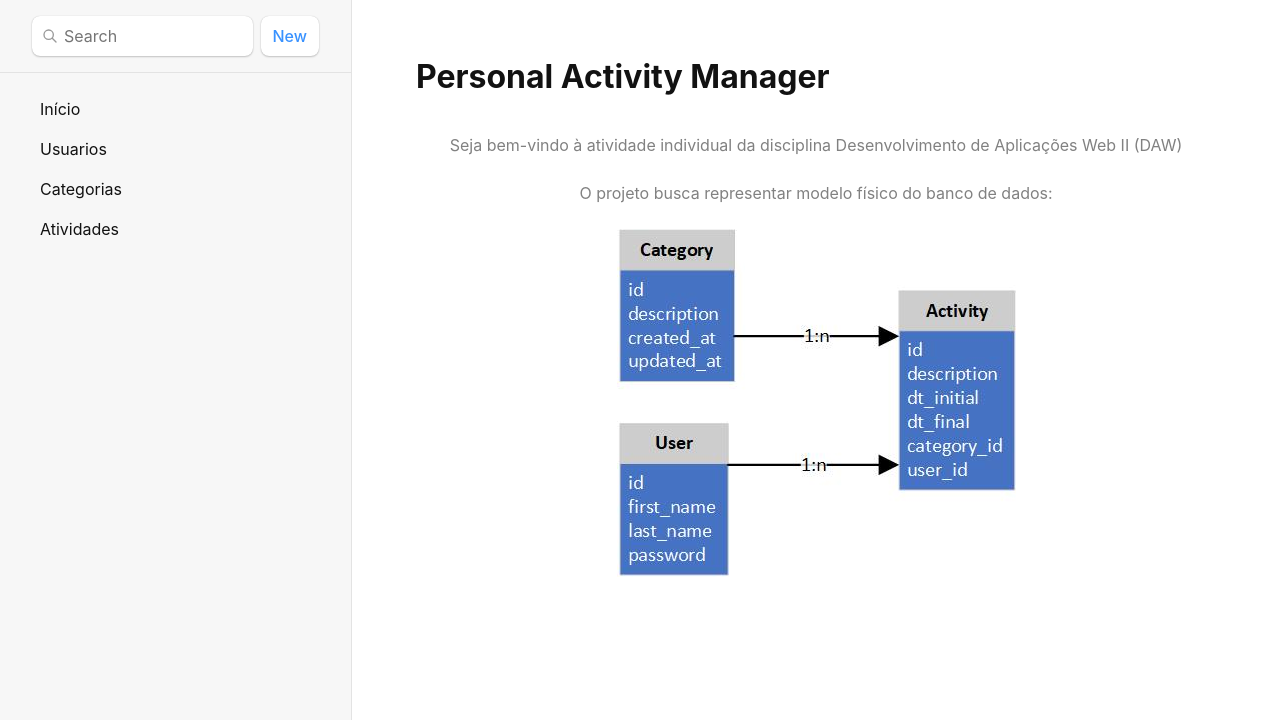
Repository: darccelio/react-pma
Page: /
These files come from the project's save history. The page is drawn as it stood at one moment and after the next save; the edit follows.
The browser window is 1280 px wide. The pictures show the whole page.
The project was rebuilt for these pictures with package versions that can differ from the ones it lists, and the page was loaded fresh each time. Also part of the build but not shown: vite.config.js, src/route/error-page.jsx, src/route/activity.jsx, src/services/user-service.js, src/route/user.jsx, src/services/category-service.js, src/route/category.jsx.

Above is the page before, as saved 2024-07-10 20:35:58.

### index.html
<!doctype html>
<html lang="pt-br">
  <head>
    <meta charset="UTF-8" />

    <meta name="viewport" content="width=device-width, initial-scale=1.0" />
    <title>Personal Activity Manager</title>
  </head>
  <body>
    <div id="root"></div>
    <script type="module" src="/src/main.jsx"></script>
  </body>
</html>

### src/main.jsx
import React, { Children } from 'react'
import ReactDOM from 'react-dom/client'

import './index.css'

import { createBrowserRouter, RouterProvider } from 'react-router-dom'
import Root from './route/root'
import ErrorPage from './route/error-page'
// import Contact from './route/contact'
import Index from './route/index'

import ActivityPage from './route/activity'
import User from './route/user'
import Category from './route/category'
import './index.css'

const router = createBrowserRouter([
  {
    path: '/',
    element: <Root />,
    errorElement: <ErrorPage />,
    children: [
      { index: true, element: <Index /> },
      // {
      //   path: 'contacts/:contactId',
      //   element: <Contact />,
      // },
      {
        path: '/activity',
        element: <ActivityPage />,
      },
      {
        path: '/user',
        element: <User />,
      },
      {
        path: '/category',
        element: <Category />,
      },
    ],
  },
])

ReactDOM.createRoot(document.getElementById('root')).render(
  <React.StrictMode>
    <RouterProvider router={router} />
  </React.StrictMode>
)

### src/index.css
html {
  box-sizing: border-box;
}
*,
*:before,
*:after {
  box-sizing: inherit;
}

body {
  font-family: -apple-system, BlinkMacSystemFont, "Segoe UI", "Roboto", "Oxygen",
    "Ubuntu", "Cantarell", "Fira Sans", "Droid Sans", "Helvetica Neue",
    sans-serif;
  -webkit-font-smoothing: antialiased;
  -moz-osx-font-smoothing: grayscale;
}

code {
  font-family: source-code-pro, Menlo, Monaco, Consolas, "Courier New",
    monospace;
}

html,
body {
  height: 100%;
  margin: 0;
  line-height: 1.5;
  color: #121212;
}
textarea,
input,
button {
  font-size: 1rem;
  font-family: inherit;
  border: none;
  border-radius: 8px;
  padding: 0.5rem 0.75rem;
  box-shadow: 0 0px 1px hsla(0, 0%, 0%, 0.2), 0 1px 2px hsla(0, 0%, 0%, 0.2);
  background-color: white;
  line-height: 1.5;
  margin: 0;
}
button {
  color: #3992ff;
  font-weight: 500;
}

textarea:hover,
input:hover,
button:hover {
  box-shadow: 0 0px 1px hsla(0, 0%, 0%, 0.6), 0 1px 2px hsla(0, 0%, 0%, 0.2);
}

button:active {
  box-shadow: 0 0px 1px hsla(0, 0%, 0%, 0.4);
  transform: translateY(1px);
}

#contact h1 {
  display: flex;
  align-items: flex-start;
  gap: 1rem;
}
#contact h1 form {
  display: flex;
  align-items: center;
  margin-top: 0.25rem;
}
#contact h1 form button {
  box-shadow: none;
  font-size: 1.5rem;
  font-weight: 400;
  padding: 0;
}
#contact h1 form button[value="true"] {
  color: #a4a4a4;
}
#contact h1 form button[value="true"]:hover,
#contact h1 form button[value="false"] {
  color: #eeb004;
}

form[action$="destroy"] button {
  color: #f44250;
}

.sr-only {
  position: absolute;
  width: 1px;
  height: 1px;
  padding: 0;
  margin: -1px;
  overflow: hidden;
  clip: rect(0, 0, 0, 0);
  white-space: nowrap;
  border-width: 0;
}

#root {
  display: flex;
  height: 100%;
  width: 100%;
}

#sidebar {
  width: 22rem;
  background-color: #f7f7f7;
  border-right: solid 1px #e3e3e3;
  display: flex;
  flex-direction: column;
}

#sidebar > * {
  padding-left: 2rem;
  padding-right: 2rem;
}

#sidebar h1 {
  font-size: 1rem;
  font-weight: 500;
  display: flex;
  align-items: center;
  margin: 0;
  padding: 1rem 2rem;
  border-top: 1px solid #e3e3e3;
  order: 1;
  line-height: 1;
}

#sidebar h1::before {
  content: url("data:[embedded picture, 1846 characters]");
  margin-right: 0.5rem;
  position: relative;
  top: 1px;
}

#sidebar > div {
  display: flex;
  align-items: center;
  gap: 0.5rem;
  padding-top: 1rem;
  padding-bottom: 1rem;
  border-bottom: 1px solid #e3e3e3;
}

#sidebar > div form {
  position: relative;
}

#sidebar > div form input[type="search"] {
  width: 100%;
  padding-left: 2rem;
  background-image: url("data:[embedded picture, 261 characters]");
  background-repeat: no-repeat;
  background-position: 0.625rem 0.75rem;
  background-size: 1rem;
  position: relative;
}

#sidebar > div form input[type="search"].loading {
  background-image: none;
}

#search-spinner {
  width: 1rem;
  height: 1rem;
  background-image: url("data:[embedded picture, 307 characters]");
  animation: spin 1s infinite linear;
  position: absolute;
  left: 0.625rem;
  top: 0.75rem;
}

@keyframes spin {
  from {
    transform: rotate(0deg);
  }
  to {
    transform: rotate(360deg);
  }
}

#sidebar nav {
  flex: 1;
  overflow: auto;
  padding-top: 1rem;
}

#sidebar nav a span {
  float: right;
  color: #eeb004;
}
#sidebar nav a.active span {
  color: inherit;
}

i {
  color: #818181;
}
#sidebar nav .active i {
  color: inherit;
}

#sidebar ul {
  padding: 0;
  margin: 0;
  list-style: none;
}

#sidebar li {
  margin: 0.25rem 0;
}

#sidebar nav a {
  display: flex;
  align-items: center;
  justify-content: space-between;
  overflow: hidden;

  white-space: pre;
  padding: 0.5rem;
  border-radius: 8px;
  color: inherit;
  text-decoration: none;
  gap: 1rem;
}

#sidebar nav a:hover {
  background: #e3e3e3;
}

#sidebar nav a.active {
  background: hsl(224, 98%, 58%);
  color: white;
}

#sidebar nav a.pending {
  color: hsl(224, 98%, 58%);
}

#detail {
  flex: 1;
  padding: 2rem 4rem;
  width: 100%;
}

#detail.loading {
  opacity: 0.25;
  transition: opacity 200ms;
  transition-delay: 200ms;
}

#contact {
  max-width: 40rem;
  display: flex;
}

#contact h1 {
  font-size: 2rem;
  font-weight: 700;
  margin: 0;
  line-height: 1.2;
}

#contact h1 + p {
  margin: 0;
}

#contact h1 + p + p {
  white-space: break-spaces;
}

#contact h1:focus {
  outline: none;
  color: hsl(224, 98%, 58%);
}

#contact a[href*="twitter"] {
  display: flex;
  font-size: 1.5rem;
  color: #3992ff;
  text-decoration: none;
}
#contact a[href*="twitter"]:hover {
  text-decoration: underline;
}

#contact img {
  width: 12rem;
  height: 12rem;
  background: #c8c8c8;
  margin-right: 2rem;
  border-radius: 1.5rem;
  object-fit: cover;
}

#contact h1 ~ div {
  display: flex;
  gap: 0.5rem;
  margin: 1rem 0;
}

#contact-form {
  display: flex;
  max-width: 40rem;
  flex-direction: column;
  gap: 1rem;
}
#contact-form > p:first-child {
  margin: 0;
  padding: 0;
}
#contact-form > p:first-child > :nth-child(2) {
  margin-right: 1rem;
}
#contact-form > p:first-child,
#contact-form label {
  display: flex;
}
#contact-form p:first-child span,
#contact-form label span {
  width: 8rem;
}
#contact-form p:first-child input,
#contact-form label input,
#contact-form label textarea {
  flex-grow: 2;
}

#contact-form-avatar {
  margin-right: 2rem;
}

#contact-form-avatar img {
  width: 12rem;
  height: 12rem;
  background: hsla(0, 0%, 0%, 0.2);
  border-radius: 1rem;
}

#contact-form-avatar input {
  box-sizing: border-box;
  width: 100%;
}

#contact-form p:last-child {
  display: flex;
  gap: 0.5rem;
  margin: 0 0 0 8rem;
}

#contact-form p:last-child button[type="button"] {
  color: inherit;
}

#zero-state {
  margin: 2rem auto;
  text-align: center;
  color: #818181;
}

#zero-state a {
  color: inherit;
}

#zero-state a:hover {
  color: #121212;
}

#zero-state:before {
  display: block;
  margin-bottom: 1rem;
}

#error-page {
  display: flex;
  flex-direction: column;
  align-items: center;
  justify-content: center;
  width: 100%;
}

### src/route/root.jsx
import { NavLink, Outlet } from 'react-router-dom'
import '../../src/index.css'

export default function Root() {
  return (
    <>
      <div id="sidebar">
        {/* <h1>React Router Contacts</h1> */}
        <div>
          <form id="search-form" role="search">
            <input
              id="q"
              aria-label="Search contacts"
              placeholder="Search"
              type="search"
              name="q"
            />
            <div id="search-spinner" aria-hidden hidden={true} />
            <div className="sr-only" aria-live="polite"></div>
          </form>
          <form method="post">
            <button type="submit">New</button>
          </form>
        </div>

        <nav>
        <NavLink
            to={`/index`}
            className={({ isActive, isPending }) =>
              isActive ? 'active' : isPending ? 'pending' : ''
            }
          >
            Início
          </NavLink>
          <NavLink
            to={`/user`}
            className={({ isActive, isPending }) =>
              isActive ? 'active' : isPending ? 'pending' : ''
            }
          >
            Usuarios
          </NavLink>
          <NavLink
            to={`/category`}
            className={({ isActive, isPending }) =>
              isActive ? 'active' : isPending ? 'pending' : ''
            }
          >
            Categorias
          </NavLink>
          <NavLink
            to={`/activity`}
            className={({ isActive, isPending }) =>
              isActive ? 'active' : isPending ? 'pending' : ''
            }
          >
            Atividades
          </NavLink>
        </nav>
      </div>
      <div id="detail">
        <Outlet />
      </div>
    </>
  )
}

### src/route/index.jsx

export default function Index() {
  return (
    <div>
      <h1>Personal Activity Manager</h1>
       <p id="zero-state">
        Seja bem-vindo à atividade individual da disciplina Desenvolvimento de
        Aplicações Web II (DAW)
        <br />
        <br />
        O projeto busca representar modelo físico do banco de dados:
        <br />
        <br />

          <img
            src="/database-model.jpg"
            alt="modelo físico do banco de dados"
          />

      </p>
    </div>
  )
}

After the next save:
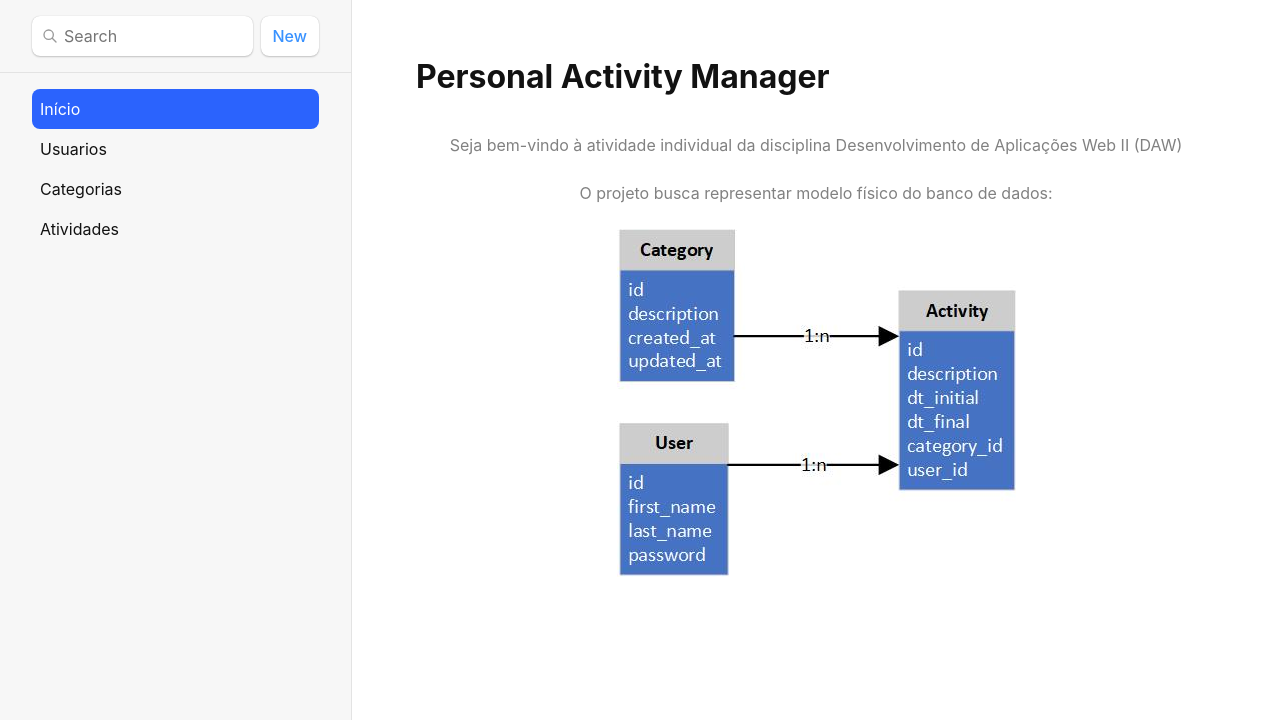
Saved 12 s later.
--- a/src/route/root.jsx
+++ b/src/route/root.jsx
@@ -25,7 +25,7 @@
 
         <nav>
         <NavLink
-            to={`/index`}
+            to={`/`}
             className={({ isActive, isPending }) =>
               isActive ? 'active' : isPending ? 'pending' : ''
             }
